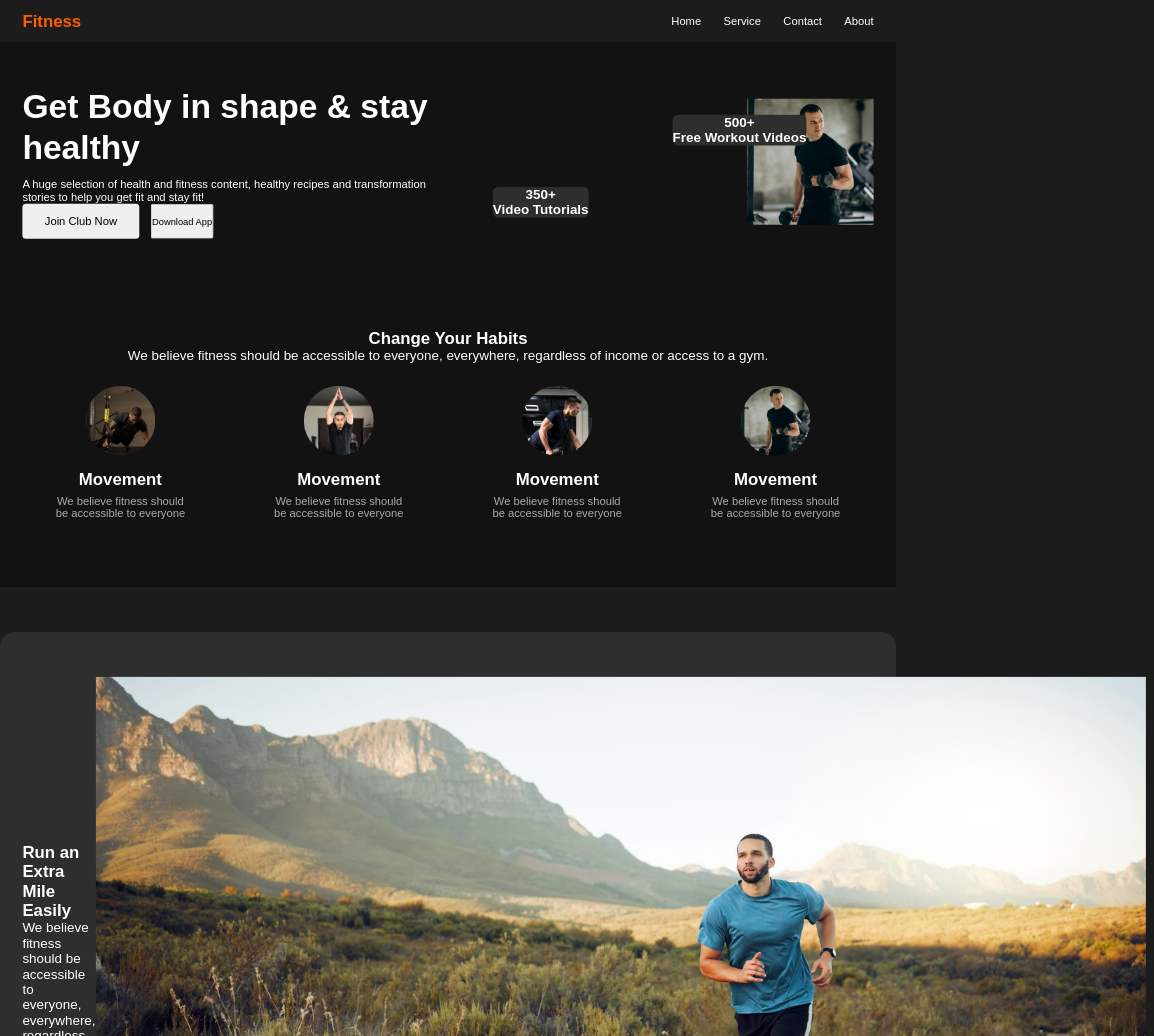
Repository: Aminul-Islam85/Assignment-2
Page: index.html
These files come from the project's save history. The page is drawn as it stood at one moment and after the next save; the edit follows.
The browser window is 1280 px wide. The page is 1637 px wide, then 1648 px, so the pictures cover 1648 px, including what lies to the right of the window. The pictures show the part of the page from y = 0 to 1480 px (the page is 8872 px tall before and 8912 px after), at 70% of full size.

Above is the page before, as saved 2024-10-23 18:00:19.

After the next save:
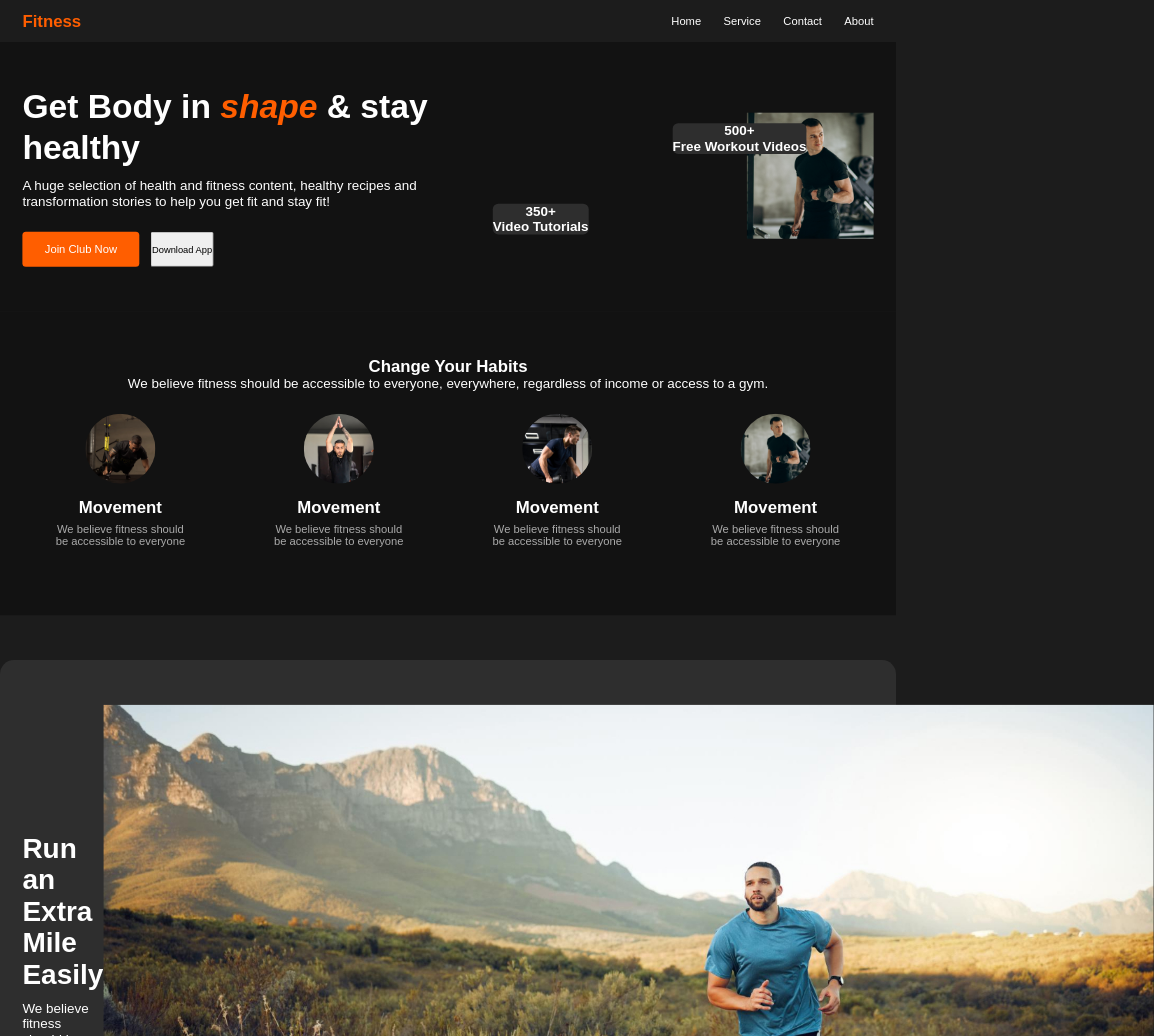
Saved 5 min 49 s later.
--- a/styles.css
+++ b/styles.css
@@ -99,13 +99,13 @@ body {
     margin-bottom: 1rem;
 }
 
-.hero.highlighted {
+.hero .highlighted {
     font-style: italic;
     font-weight: 700;
     color: #ff5e00;
 }
 
-hero p {
+.hero p {
     font-size: 1.2rem;
     margin-bottom: 2rem;
 }
@@ -123,7 +123,7 @@ hero p {
     cursor: pointer;
 }
 
-.join.btn {
+.join-btn {
     background-color: #ff5e00;
     color: #fff;
 }
@@ -263,7 +263,7 @@ hero p {
 .extra-mile-content {
     max-width: 50%;
 }
-extra-mile h2 {
+.extra-mile h2 {
     font-size: 2.5rem;
     margin-bottom: 1rem;
 }
@@ -418,11 +418,11 @@ footer {
 .bmi-form {
     flex: 1;
 }
-bmi-form h3 {
-    color: #fff;
-    margin-bottom: 1rem;
-}
-bmi-form p {
+.bmi-form h3 {
+    color: #fff;
+    margin-bottom: 1rem;
+}
+.bmi-form p {
     margin-bottom: 2rem;
     color: #aaa;
 }
